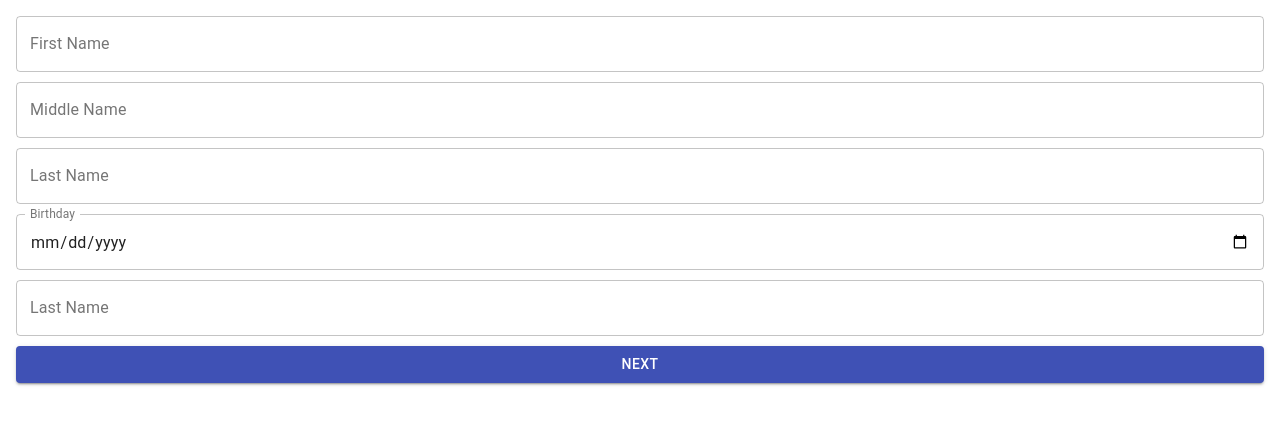
Repository: chathuraedirisingh/rr
Page: /
These files come from the project's save history. The page is drawn as it stood at one moment and after the next save; the edit follows.
The browser window is 1280 px wide. The pictures show the whole page.
The project was rebuilt for these pictures with package versions that can differ from the ones it lists, and the page was loaded fresh each time.

Above is the page before, as saved 2019-12-18 00:59:00.

After the next save:
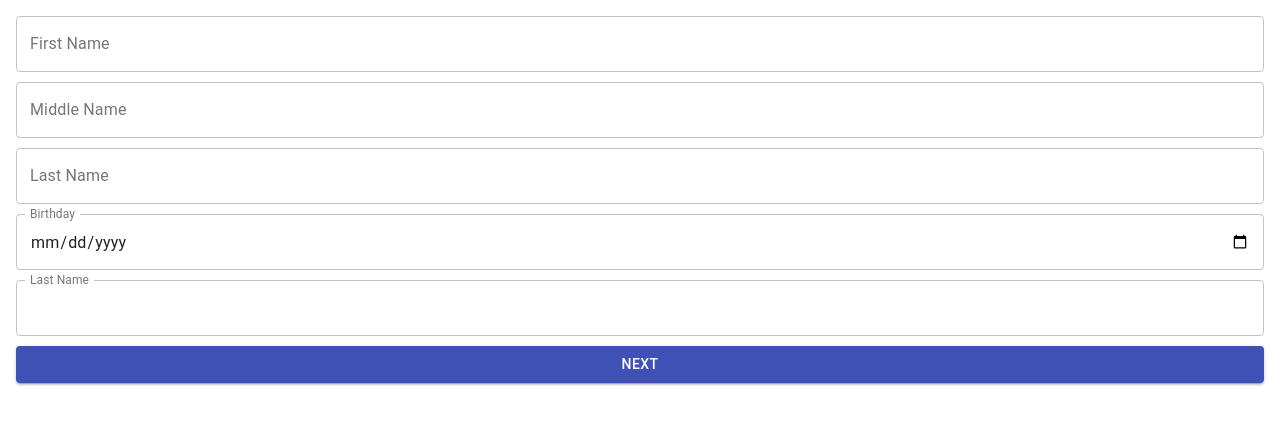
Saved 17 s later.
--- a/src/components/FormPersonalDetails.js
+++ b/src/components/FormPersonalDetails.js
@@ -19,25 +19,25 @@ export default class FormPersonalDetails extends Component {
                         p={1} m={1}
                         bgcolor="background.paper">
                         <TextField
-                            style={{marginBottom: 10}}
+                            style={{ marginBottom: 10 }}
                             label="First Name"
                             variant="outlined"
                             onChange={handleChange('firstname')}
                             defaultValue={values.firstname} />
                         <TextField
-                            style={{marginBottom: 10}}
+                            style={{ marginBottom: 10 }}
                             label="Middle Name"
                             variant="outlined"
                             onChange={handleChange('middlename')}
                             defaultValue={values.firstname} />
                         <TextField
-                            style={{marginBottom: 10}}
+                            style={{ marginBottom: 10 }}
                             label="Last Name"
                             variant="outlined"
                             onChange={handleChange('lastname')}
                             defaultValue={values.firstname} />
                         <TextField
-                            style={{marginBottom: 10}}
+                            style={{ marginBottom: 10 }}
                             id="date"
                             type="date"
                             label="Birthday"
@@ -47,16 +47,19 @@ export default class FormPersonalDetails extends Component {
                             InputLabelProps={{
                                 shrink: true,
                             }}
-                            />
+                        />
 
                         <TextField
-                            style={{marginBottom: 10}}
+                            style={{ marginBottom: 10 }}
                             label="Last Name"
                             variant="outlined"
                             onChange={handleChange('ssn')}
-                            defaultValue={values.ssn} />
+                            defaultValue={values.ssn}
+                            InputLabelProps={{
+                                shrink: true,
+                            }} />
                         <Button
-                            style={{marginBottom: 10}}
+                            style={{ marginBottom: 10 }}
                             variant="contained"
                             color="primary"
                             href="#contained-buttons"
